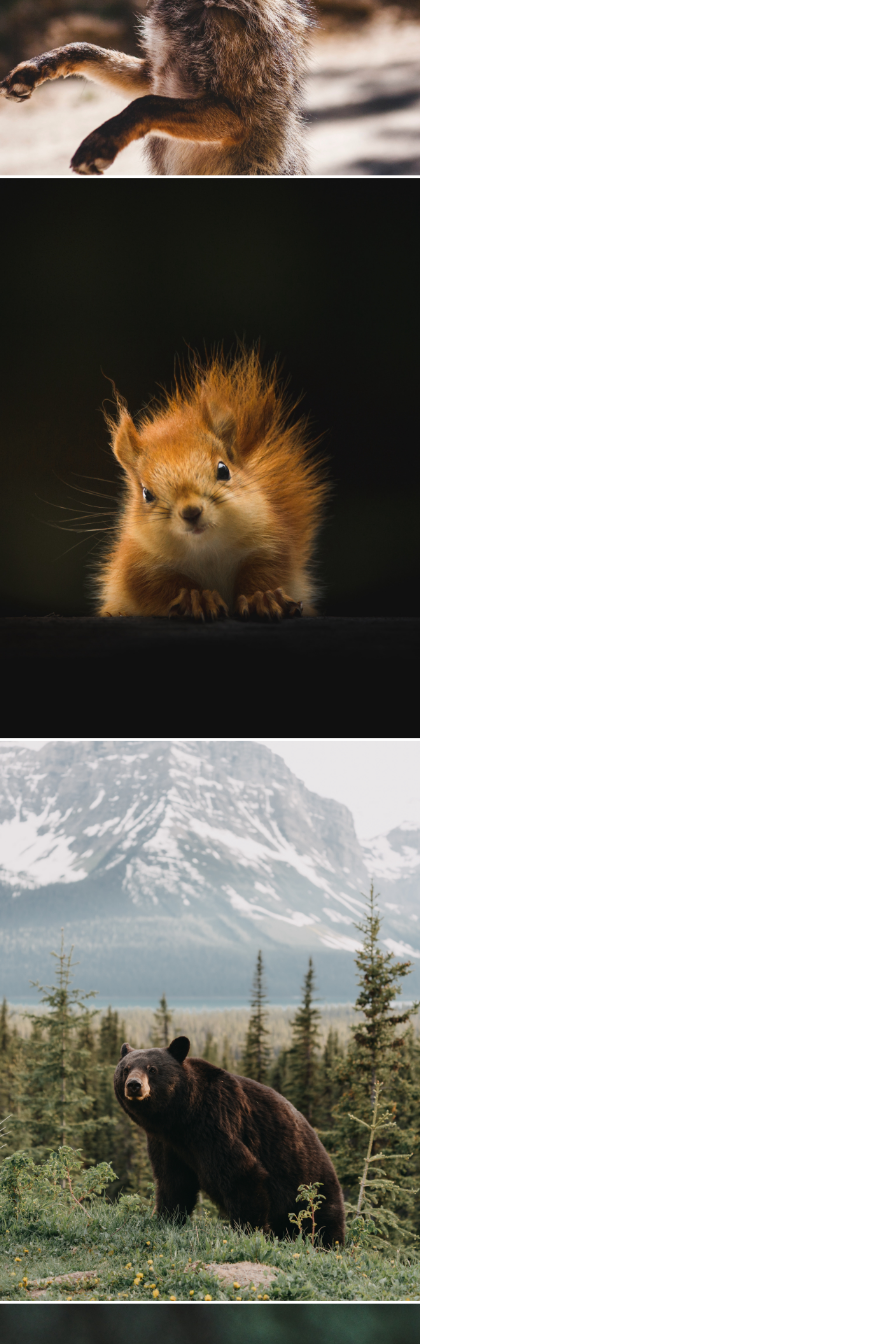
Repository: meiotera/animaisPagina
Page: index.html
An editor plug-in stored every save of this project. The page is shown before and after the next save, followed by the edit.
The browser window is 1280 px wide. The pictures show the part of the page from y = 649 to 2569 px (the page is 7967 px tall before and 7939 px after), at 70% of full size.

Above is the page before, as saved 2025-05-02 09:41:25.

After the next save:
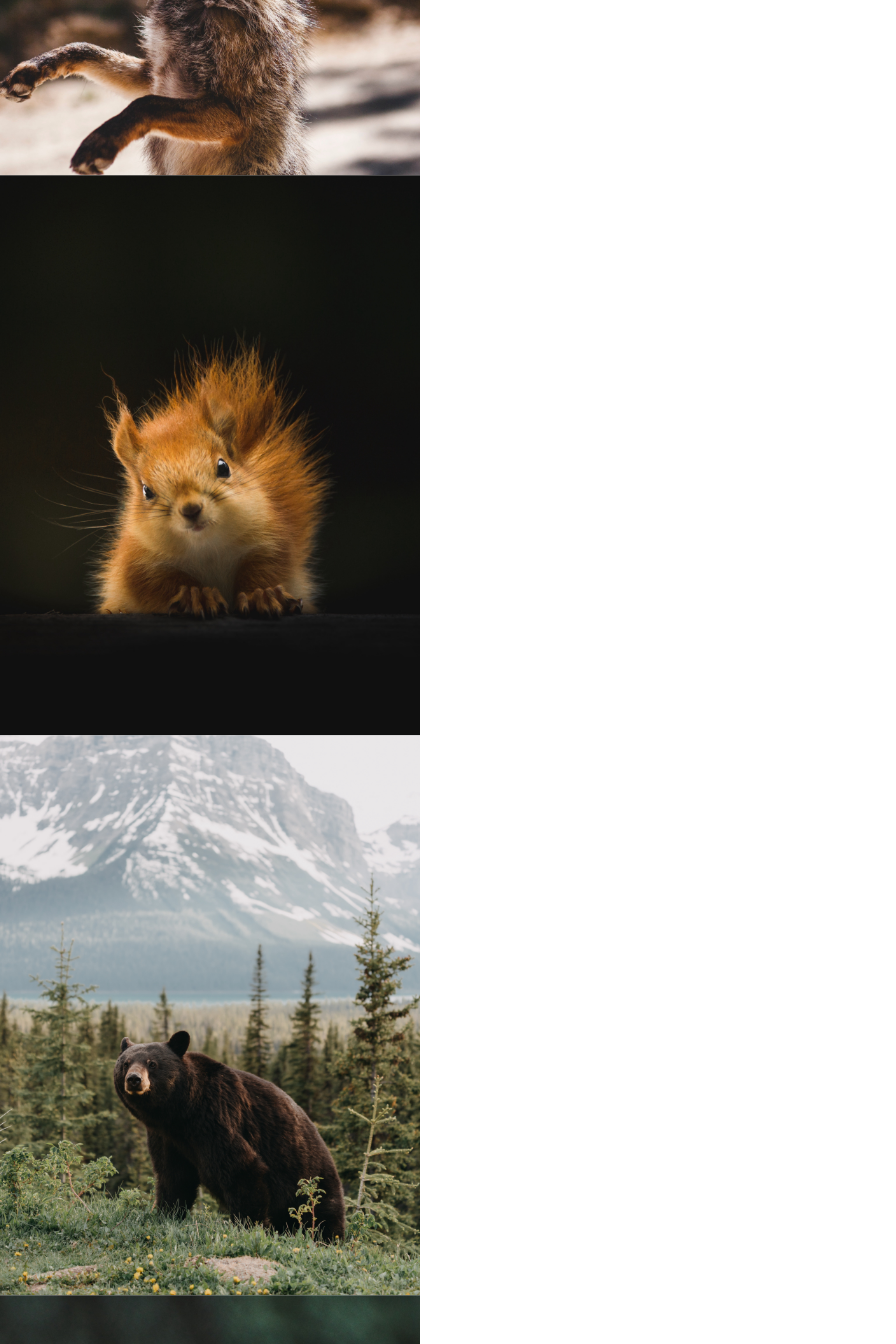
Saved 33 s later.
--- a/css/style.css
+++ b/css/style.css
@@ -14,3 +14,8 @@
   list-style: none;
   text-decoration: none;
 }
+
+img {
+  display: block;
+  max-width: 100%;
+}
